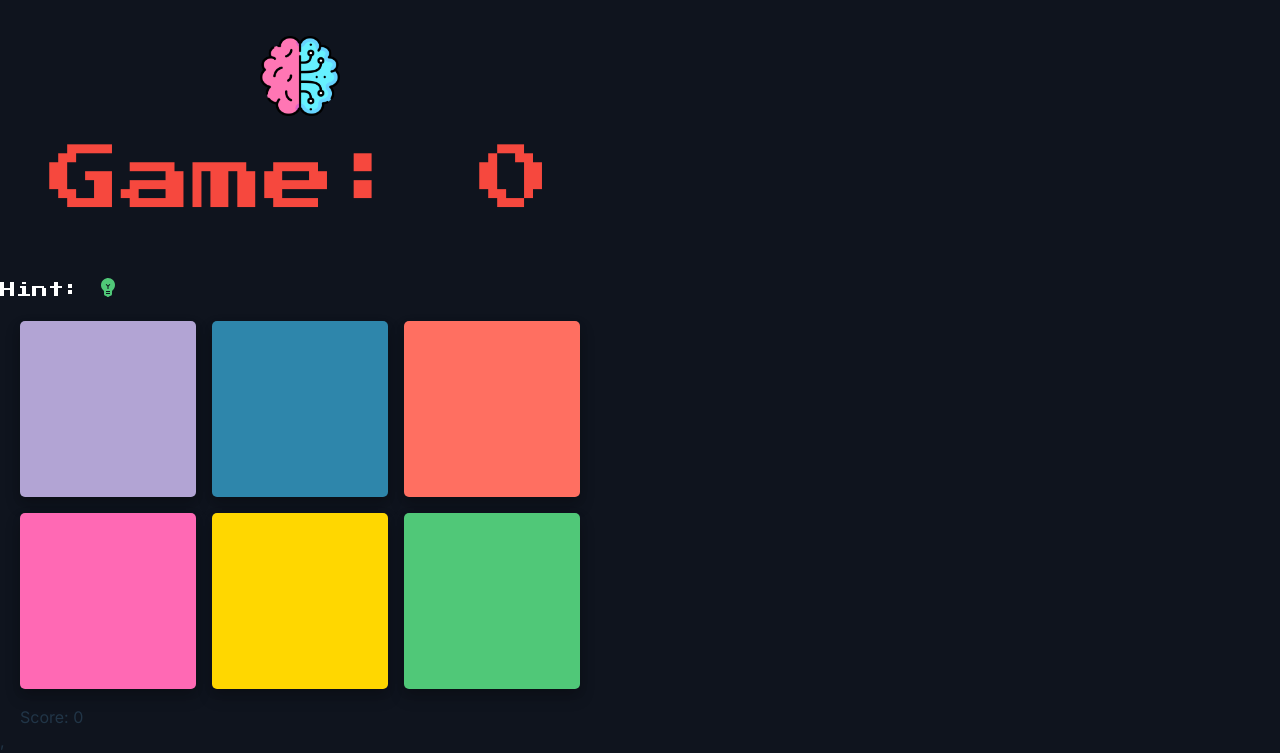
Repository: Shenixo/Color_match_game
Page: /game_play
An editor plug-in stored every save of this project. The page is shown before and after a run of saves, followed by the edit.
The browser window is 1280 px wide. The pictures show the whole page.
The project was rebuilt for these pictures with package versions that can differ from the ones it lists, and the page was loaded fresh each time. Also part of the build but not shown: vite.config.js, src/Components/Tab/Tab.css, src/Components/Tab/Tab.jsx, src/Pages/Home/Home.jsx, src/Pages/Rules/Rules.css, src/Pages/Rules/Rules.jsx, src/Pages/Sound/Sound.jsx. Imported but missing from the stored project, and not drawn on this page: src/assets/button_clicks.wav, src/assets/game_theme_sound.mp4.

Above is the page before, as saved 2025-02-04 01:51:01.

After the next 3 saves:
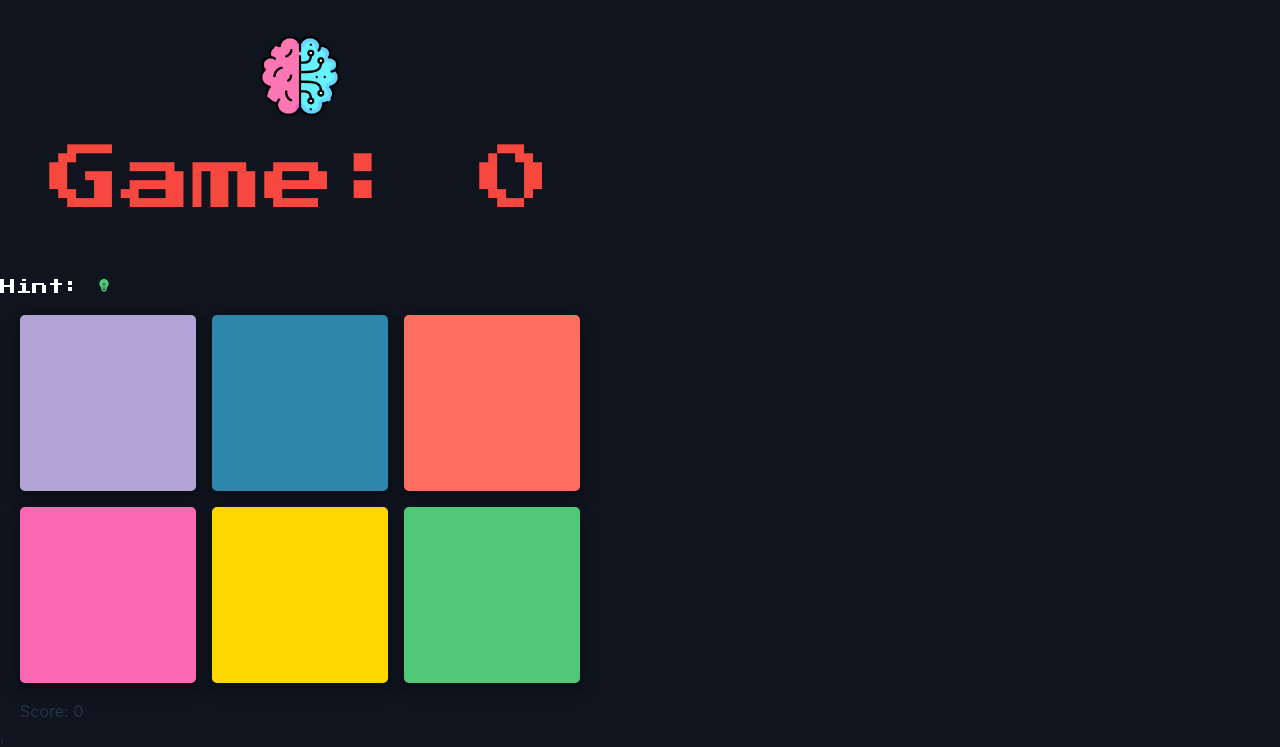
The 3 saves are shown as one change because they came seconds apart.
The last was saved 9 s later.
--- a/src/Components/ChosenColorDisplay/ChosenColorDisplay.jsx
+++ b/src/Components/ChosenColorDisplay/ChosenColorDisplay.jsx
@@ -15,7 +15,7 @@ const ChosenColorDisplay = () => {
   }, []);
 console.log("chosenColor", chosenColor)
   return (
-    <span><EmojiObjectsIcon wi style={{color: chosenColor }}/></span>
+    <span><EmojiObjectsIcon fontSize="30" style={{color: chosenColor }}/></span>
   );
 };
 
